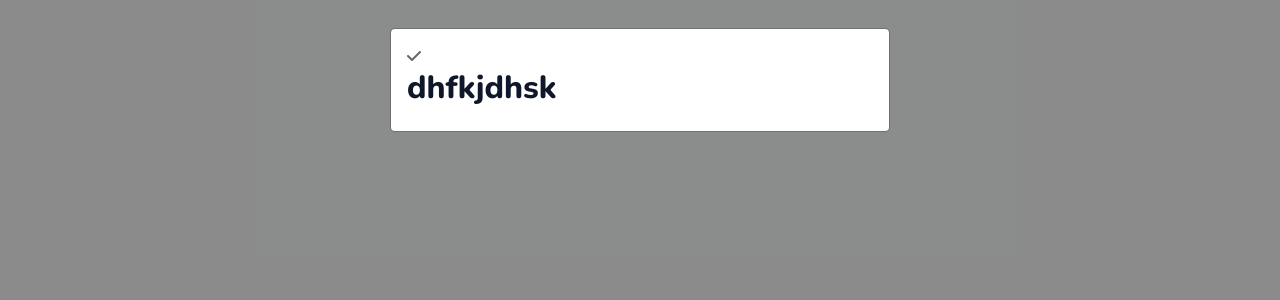
Repository: Dangtrinh28/thuymoc
Page: bookingSuccess.html
These files come from the project's save history. The page is drawn as it stood at one moment and after a run of saves; the edit follows.
The browser window is 1280 px wide. The pictures show the whole page.
Some web libraries are served in a nearby version.

Above is the page before, as saved 2022-11-25 04:04:14.

After the next 4 saves:
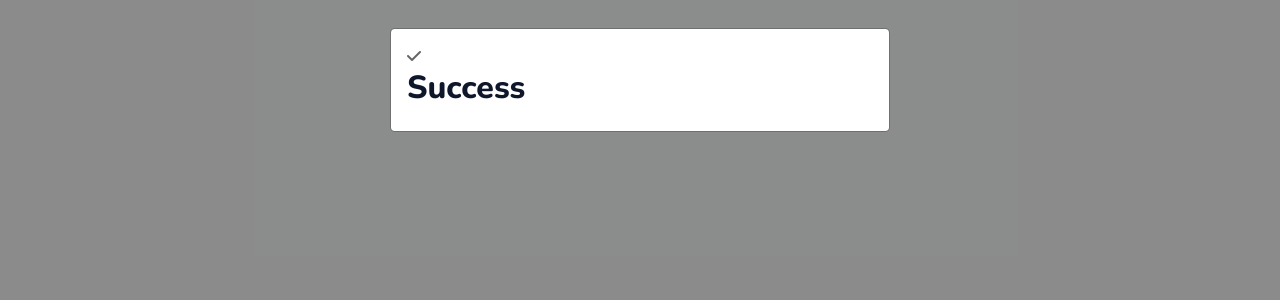
The 4 saves are shown as one change because they came seconds apart.
The last was saved 13 s later.
--- a/bookingSuccess.html
+++ b/bookingSuccess.html
@@ -41,7 +41,7 @@
                 <div class="modal-content">
                     <div class="modal-body">
                         <i class="modal-body-icon fa-solid fa-check"></i>
-                        <h2>dhfkjdhsk</h2>
+                        <h2>Success</h2>
                     </div>
                 </div>
             </div>
